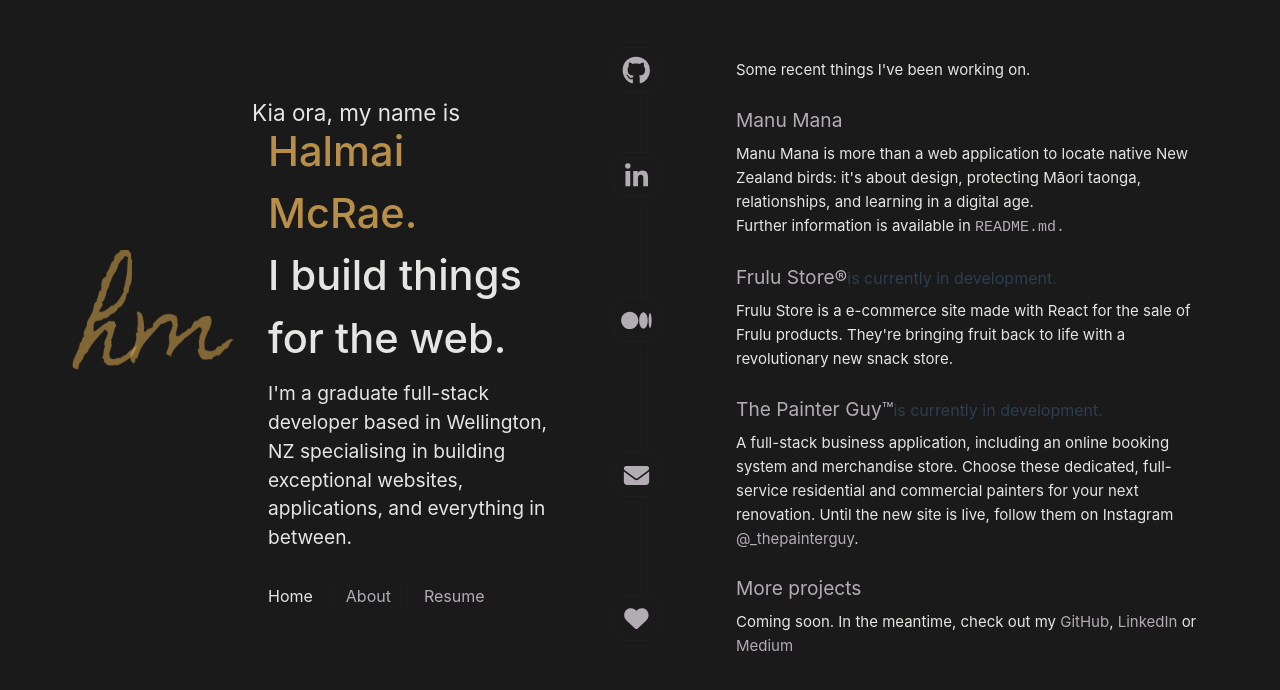
Repository: halmai-mcrae/halmai-vue-portfolio
Page: /
The author's editor kept a copy of each file at every save. The page is drawn from the files as they stood at one save, then again after the next save.
The browser window is 1280 px wide. The pictures show the whole page.
The project was rebuilt for these pictures with package versions that can differ from the ones it lists, and the page was loaded fresh each time. Also part of the build but not shown: vite.config.ts.

Above is the page before, as saved 2022-09-07 21:05:34.

### index.html
<!DOCTYPE html>
<html lang="en">
  <head>
    <meta charset="UTF-8" />
    <link rel="icon" href="public/favicon.ico" />
    <link rel="apple-touch-icon" sizes="180x180" href="/apple-touch-icon.png">
    <link rel="icon" type="image/png" sizes="32x32" href="/favicon-32x32.png">
    <link rel="icon" type="image/png" sizes="16x16" href="/favicon-16x16.png">
    <link rel="manifest" href="/site.webmanifest">
    <meta name="viewport" content="width=device-width, initial-scale=1.0" />
    <title>Halmai McRae</title>
  </head>
  <body>
    <div id="app"></div>
    <script type="module" src="/src/main.ts"></script>
  </body>
</html>

### src/App.vue
<script setup lang="ts">
import { RouterLink, RouterView } from "vue-router";
import HelloWorld from "@/components/HelloWorld.vue";
</script>

<template>
  <header>
    <img
      alt="hm script"
      class="logo"
      src="@/assets/hmlogo.png"
      width="180"
      height="220"
    />

    <div class="wrapper">
      <HelloWorld msg="Halmai McRae" />

      <nav class="nav">
        <RouterLink to="/">Home</RouterLink>
        <RouterLink to="/about">About</RouterLink>
      <a href="/Halmai_McRae_Resume.pdf" target="_blank">
        Resume
      </a>
      </nav>

      <nav class="nav-hidden">
        <a href="https://github.com/halmai-mcrae">
          <font-awesome-icon icon="fa-brands fa-github" transform="grow-14 down-2"/>
        </a>
        <a href="https://www.linkedin.com/in/halmai-mcrae/">
          <font-awesome-icon icon="fa-brands fa-linkedin-in" transform="grow-12 down-2"/>
        </a>
        <a href="https://medium.com/@halmaimcrae">
          <font-awesome-icon icon="fa-brands fa-medium" transform="grow-10 down-2"/>
        </a>
        <a href="mailto: hello@halmaimcrae.co.nz">
          <font-awesome-icon icon="fa-solid fa-envelope" transform="grow-11 down-1"/>
        </a>
    <RouterLink to="/interests">
      <font-awesome-icon icon="fa-solid fa-heart" fixed-width transform="grow-10 down-1"/>
      </RouterLink>
      </nav>

    </div>
  </header>

  <RouterView />
</template>

<style>
@import "@/assets/base.css";

#app {
  max-width: 1200px;
  margin: 0 auto;
  padding: 2rem;
  font-weight: normal;
}

header {
  line-height: 1.5;
  max-height: 100vh;
}

.logo {
  display: block;
  margin: 0 auto 2rem;
}

a,
.green {
  text-decoration: none;
  color:  #B2ADB3;
  transition: 0.4s;
}

.nav-hidden {
    display: none;
  }

@media (hover: hover) {
  a:hover {
    background-color: transparent;
  }
}

nav {
  width: 100%;
  max-width: none;
  font-size: 12px;
  text-align: center;
  margin-top: 2rem;
}

nav a.router-link-exact-active {
  color: #e5e6e4;
}

nav a.router-link-exact-active:hover {
  background-color: transparent;
}

nav a {
  display: inline-block;
  padding: 0 1rem;
  border-left: 1px solid var(--color-border);
}

nav a:first-of-type {
  border: 0;
}

@media (min-width: 1024px) {
  body {
    display: flex;
    place-items: center;
  }

  #app {
    display: grid;
    grid-template-columns: 1fr 1fr;
    padding: 0 2rem;
  }

  header {
    display: flex;
    place-items: center;
    padding-right: calc(var(--section-gap) / 2);
  }

  header .wrapper {
    display: flex;
    place-items: flex-start;
    flex-wrap: wrap;
  }

  .logo {
    margin: 0 1rem 0 0;
  }

  nav {
    text-align: left;
    margin-left: -1rem;
    font-size: 1rem;

    padding: 1rem 0;
    margin-top: 1rem;
  }
}
@media (max-width: 1024px) {
  nav {
    font-size: 2.5vh;
  }
  .nav-hidden {
    display: block;
    margin-bottom: 2rem;
    padding: 10px;
  }

  .nav-hidden :hover {
    background-color: transparent;
  }

  @media (max-width: 495px) {
  body {
    text-align: left !important;
  }

  /* .logo {
    margin-top: 1.5rem;
    margin-bottom: -25px
  } */
}
}
</style>

### src/router/index.ts
import { createRouter, createWebHistory } from "vue-router";
import HomeView from "../views/HomeView.vue";

const router = createRouter({
  history: createWebHistory(import.meta.env.BASE_URL),
  routes: [
    {
      path: "/",
      name: "home",
      component: HomeView,
    },
    {
      path: "/about",
      name: "about",
      // route level code-splitting
      // this generates a separate chunk (About.[hash].js) for this route
      // which is lazy-loaded when the route is visited.
      component: () => import("../views/AboutView.vue"),
    },
    {
      path: "/interests",
      name: "interests",
      component: () => import("../views/InterestsView.vue"),
    },
  ],
});

export default router;

### src/assets/base.css
/* color palette from <https://github.com/vuejs/theme> */

:root {
  --vt-c-white: #ffffff;
  --vt-c-white-soft: #f8f8f8;
  --vt-c-white-mute: #f2f2f2;

  --vt-c-black: #181818;
  --vt-c-black-soft: #222222;
  --vt-c-black-mute: #282828;

  --vt-c-indigo: #2c3e50;

  --vt-c-divider-light-1: rgba(60, 60, 60, 0.29);
  --vt-c-divider-light-2: rgba(60, 60, 60, 0.12);
  --vt-c-divider-dark-1: rgba(84, 84, 84, 0.65);
  --vt-c-divider-dark-2: rgba(84, 84, 84, 0.48);

  --vt-c-text-light-1: var(--vt-c-indigo);
  --vt-c-text-light-2: rgba(60, 60, 60, 0.66);
  --vt-c-text-dark-1: var(--vt-c-white);
  --vt-c-text-dark-2: rgba(235, 235, 235, 0.64);
}

/* semantic color variables for this project */
:root {
  --color-background: var(--vt-c-white);
  --color-background-soft: var(--vt-c-white-soft);
  --color-background-mute: var(--vt-c-white-mute);

  --color-border: var(--vt-c-divider-light-2);
  --color-border-hover: var(--vt-c-divider-light-1);

  --color-heading: var(--vt-c-text-light-1);
  --color-text: var(--vt-c-text-light-1);

  --section-gap: 160px;
}

@media (prefers-color-scheme: dark) {
  :root {
    --color-background: var(--vt-c-black);
    --color-background-soft: var(--vt-c-black-soft);
    --color-background-mute: var(--vt-c-black-mute);

    --color-border: var(--vt-c-divider-dark-2);
    --color-border-hover: var(--vt-c-divider-dark-1);

    --color-heading: var(--vt-c-text-dark-1);
    --color-text: var(--vt-c-text-dark-2);
  }
}

*,
*::before,
*::after {
  box-sizing: border-box;
  margin: 0;
  position: relative;
  font-weight: normal;
}

body {
  min-height: 100vh;
  color: #e5e6e4;
  background: #1a1a1a;
  transition: color 0.5s, background-color 0.5s;
  line-height: 1.6;
  font-family: Inter, -apple-system, BlinkMacSystemFont, 'Segoe UI', Roboto, Oxygen, Ubuntu,
    Cantarell, 'Fira Sans', 'Droid Sans', 'Helvetica Neue', sans-serif;
  font-size: 15px;
  text-rendering: optimizeLegibility;
  -webkit-font-smoothing: antialiased;
  -moz-osx-font-smoothing: grayscale;
}

### src/components/HelloWorld.vue
<script setup lang="ts">
defineProps<{
  msg: string;
}>();
</script>

<template>
  <div class="greetings">
    <h2>Kia ora, my name is</h2>
    <h1 class="green">{{ msg }}.</h1>
    <h1 class="sub">I build things for the web.</h1>
    <h3>
      I'm a graduate full-stack developer based in Wellington, NZ specialising in
      building exceptional websites, applications, and everything in between.
    </h3>
  </div>
</template>

<style scoped>
h1 {
  font-weight: 500;
  font-size: 2.6rem;
  top: -10px;
  color: #B88F48;
}

h3 {
  font-size: 1.2rem;
}

.greetings h1,
.greetings h3 {
  text-align: center;
}
.sub {
  color: #e5e6e4;
}

@media (min-width: 1024px) {
  .greetings h1,
  .greetings h3 {
    text-align: left;
  }
  .greetings h2 {
    margin-left: -1rem;
  }
}
</style>

### src/components/TheWelcome.vue
<script setup lang="ts">
import WelcomeItem from './WelcomeItem.vue'
import {
  RouterLink,
  RouterView,
} from 'vue-router'
</script>

<template>
  <WelcomeItem>
    <template #icon>
      <a href="https://github.com/halmai-mcrae">
        <font-awesome-icon
          icon="fa-brands fa-github"
          transform="grow-14 down-2"
        />
      </a>
    </template>
    Some recent things I've been working on.
  </WelcomeItem>

  <WelcomeItem>
    <template #icon>
      <a
        href="https://www.linkedin.com/in/halmai-mcrae/"
        ><font-awesome-icon
          icon="fa-brands fa-linkedin-in"
          transform="grow-12 down-2"
      /></a>
    </template>
    <template #heading
      ><a href="https://manu-mana.herokuapp.com/"
        >Manu Mana</a
      >
    </template>
    Manu Mana is more than a web application to
    locate native New Zealand birds: it's about
    design, protecting Māori taonga,
    relationships, and learning in a digital age.
    <br />
    Further information is available in
    <a
      href="https://github.com/halmai-mcrae/Manu-Mana#readme"
      ><code>README.md.</code></a
    >
  </WelcomeItem>

  <WelcomeItem>
    <template #icon>
      <a href="https://medium.com/@halmaimcrae">
        <font-awesome-icon
          icon="fa-brands fa-medium"
          transform="grow-10 down-2"
        />
      </a>
    </template>

    <template #heading
      ><a href="/">Frulu Store®</a>
      <small>is currently in development.</small>
    </template>
    Frulu Store is a e-commerce site made with
    React for the sale of Frulu products. They're
    bringing fruit back to life with a
    revolutionary new snack store.
  </WelcomeItem>

  <WelcomeItem>
    <template #icon>
      <a href="mailto: hello@halmaimcrae.co.nz">
        <font-awesome-icon
          icon="fa-solid fa-envelope"
          transform="grow-11 down-1"
        />
      </a>
    </template>
    <template #heading
      ><a href="/">The Painter Guy™</a>
      <small>is currently in development.</small>
    </template>
    A full-stack business application, including
    an online booking system and merchandise
    store. Choose these dedicated, full-service
    residential and commercial painters for your
    next renovation. Until the new site is live,
    follow them on Instagram
    <a
      href="https://www.instagram.com/_thepainterguy/"
      >@_thepainterguy</a
    >.
  </WelcomeItem>

  <WelcomeItem>
    <template #icon>
      <RouterLink to="/interests"
        ><font-awesome-icon
          icon="fa-solid fa-heart"
          fixed-width
          transform="grow-10 down-1"
        />
      </RouterLink>
      <RouterView />
    </template>
    <template #heading
      ><a href="/">More projects</a></template
    >
    Coming soon. In the meantime, check out my
    <a href="https://github.com/halmai-mcrae"
      >GitHub</a
    >,
    <a
      href="https://www.linkedin.com/in/halmai-mcrae/"
      >LinkedIn</a
    >
    or
    <a href="https://medium.com/@halmaimcrae"
      >Medium</a
    >

  </WelcomeItem>
</template>

Loaded but not shown: src/main.ts (common file); src/views/HomeView.vue (common file); src/components/WelcomeItem.vue (common file)

After the next save:
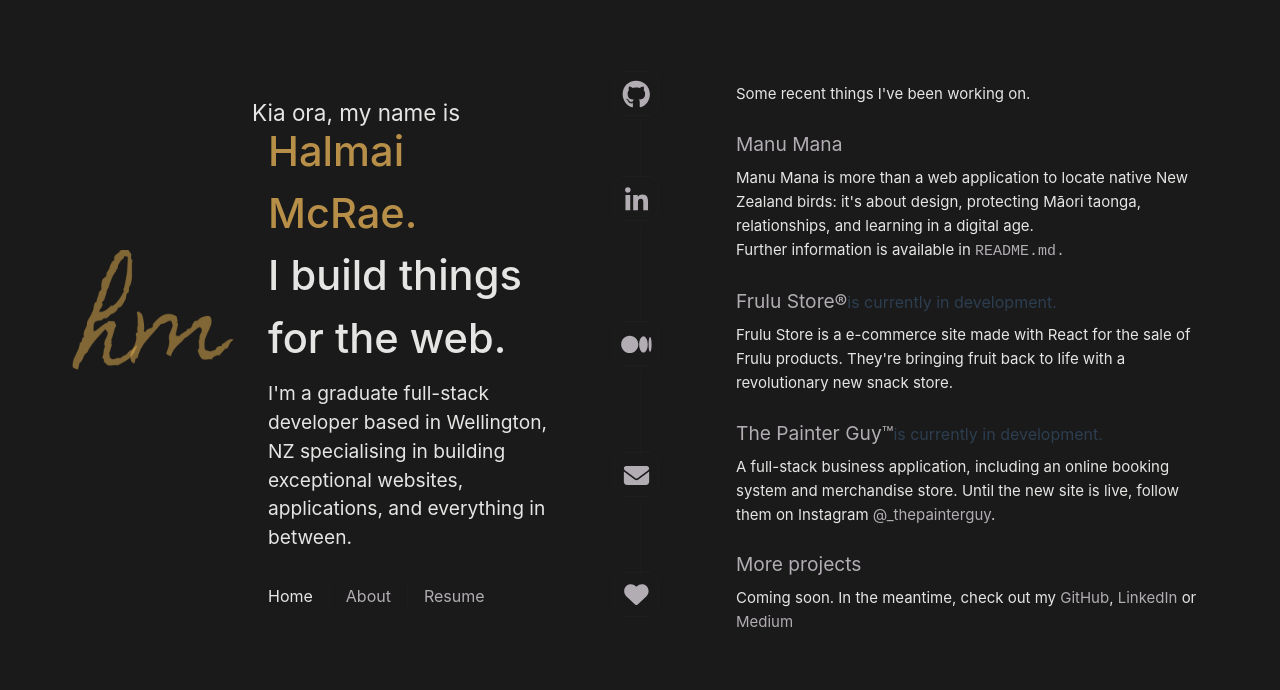
Saved 105 s later.
--- a/src/components/TheWelcome.vue
+++ b/src/components/TheWelcome.vue
@@ -80,9 +80,7 @@
     </template>
     A full-stack business application, including
     an online booking system and merchandise
-    store. Choose these dedicated, full-service
-    residential and commercial painters for your
-    next renovation. Until the new site is live,
+    store. Until the new site is live,
     follow them on Instagram
     <a
       href="https://www.instagram.com/_thepainterguy/"
